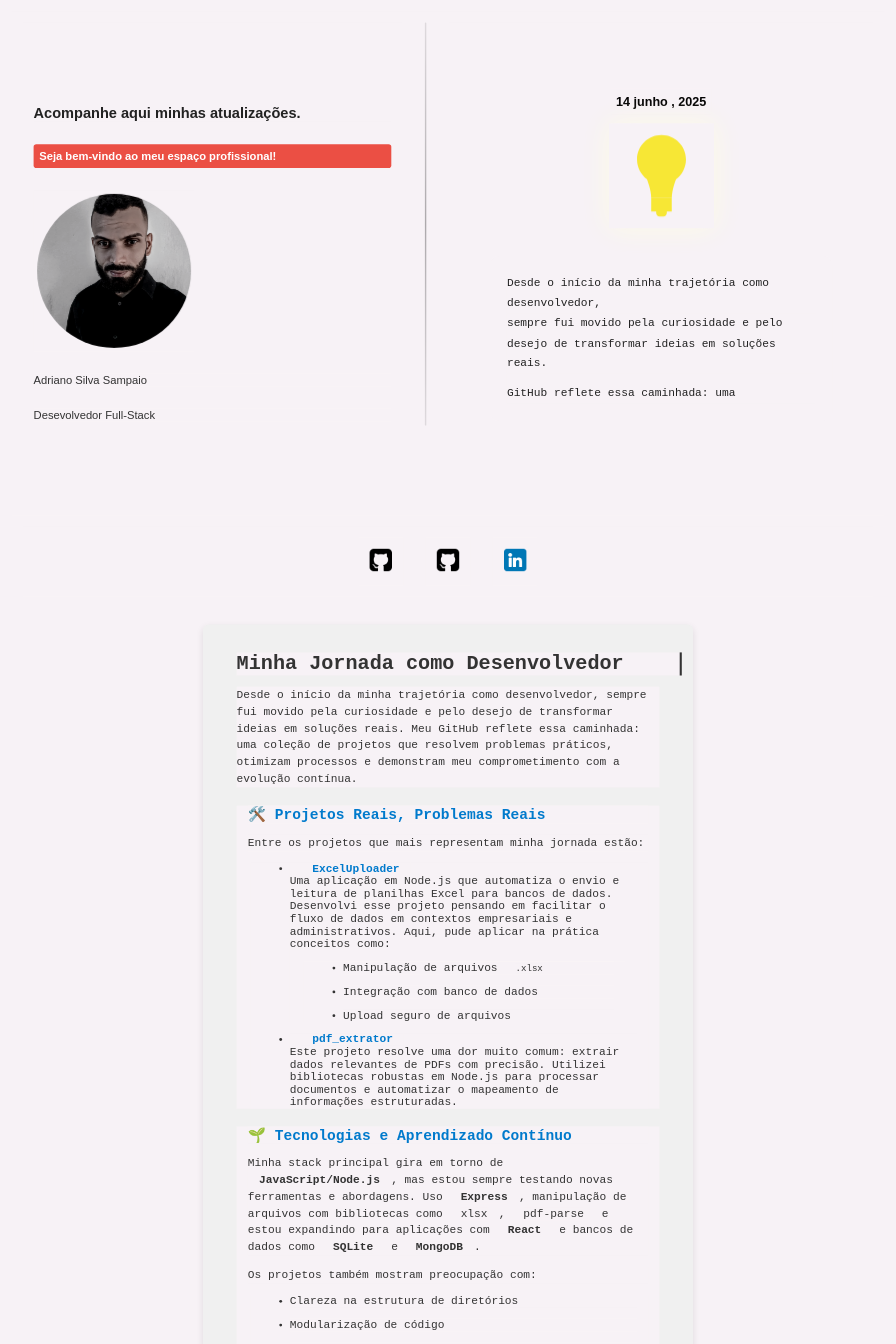
Repository: umdevadriano/portifolio2025
Page: /
The author's editor kept a copy of each file at every save. The page is drawn from the files as they stood at one save, then again after the next save.
The browser window is 1280 px wide. The pictures show the part of the page from y = 0 to 1920 px (the page is 2803 px tall), at 70% of full size.
The project was rebuilt for these pictures with package versions that can differ from the ones it lists, and the page was loaded fresh each time. Also part of the build but not shown: vite.config.ts.

Above is the page before, as saved 2025-06-22 21:19:37.

After the next save:
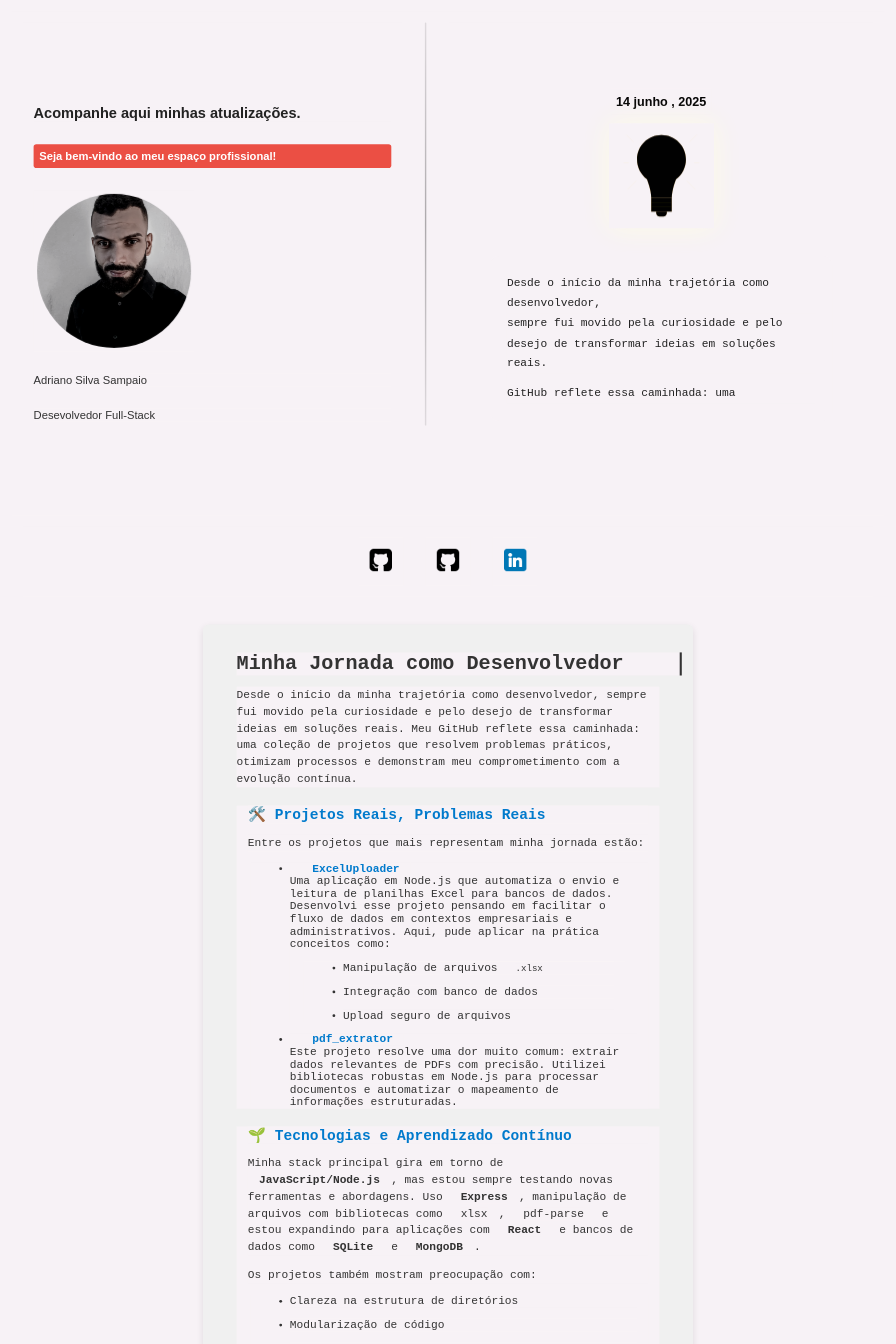
Saved 52 s later.
--- a/src/componentes/LampadaAnimada/LampadaAnimada.tsx
+++ b/src/componentes/LampadaAnimada/LampadaAnimada.tsx
@@ -26,13 +26,11 @@ const SvgLamp = styled.svg`
      background-color: #f7f2f6;
 
   .st0 {
-    fill: #f7e736;
-    transition: fill 0.3s ease;
+   fill: #deb887;
   }
   .st1 {
-   fill: #deb887;
-    stroke-width: 10;
-    fill: none;
+   stroke: #ffd54f;
+    /* fill: none; */
     transition: stroke 0.3s ease;
   }
 
